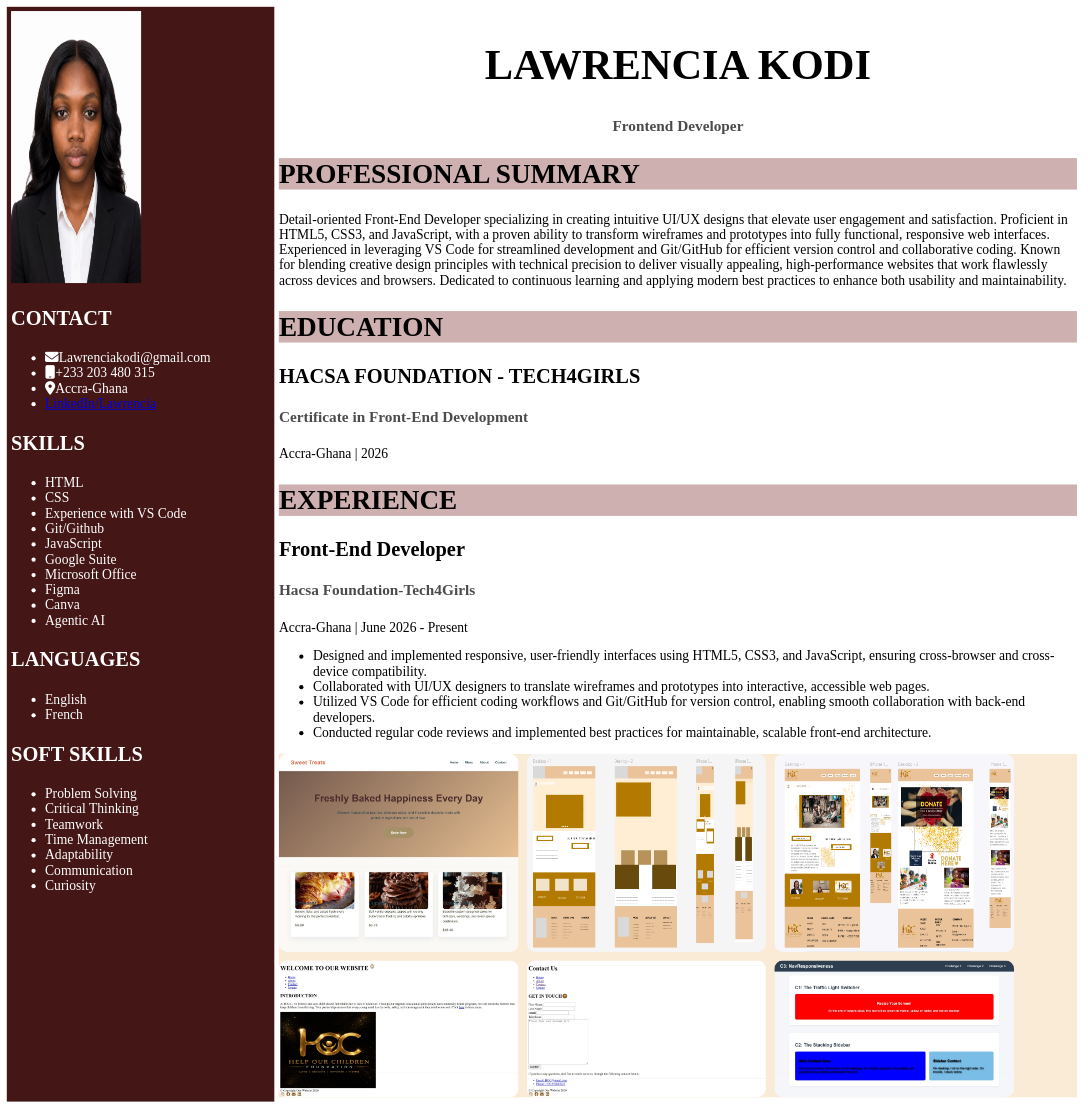
Repository: lawrencia-coder/T4G_CV
Page: index.html
The author's editor kept a copy of each file at every save. The page is drawn from the files as they stood at one save, then again after a run of saves.
The browser window is 1280 px wide. The pictures show the whole page, at 85% of full size.
Some icons come from a web library that is not loaded, so they are not drawn. Some web libraries are served in a nearby version.

Above is the page before, as saved 2026-07-15 08:58:26.

After the next 6 saves:
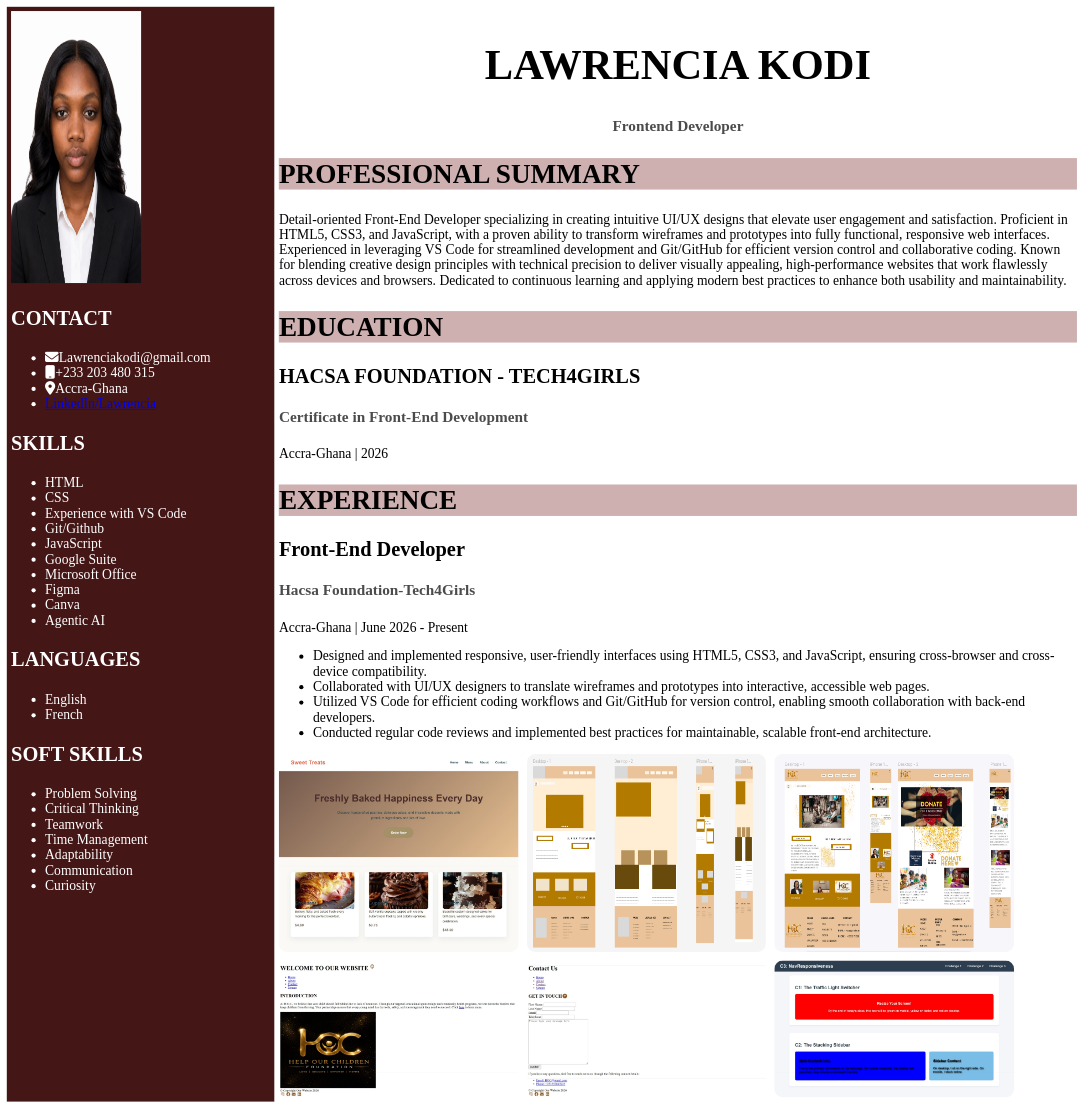
The 6 saves are shown as one change because they came seconds apart.
The last was saved 14 s later.
--- a/style.css
+++ b/style.css
@@ -56,7 +56,7 @@ padding: 5px;
     display: flex;
     flex-wrap: wrap;
     gap: 10px;
-    background-color: rgb(250, 235, 215);
+    background-color: wine;
 }
 .portfolio img{
     width: 30%;
